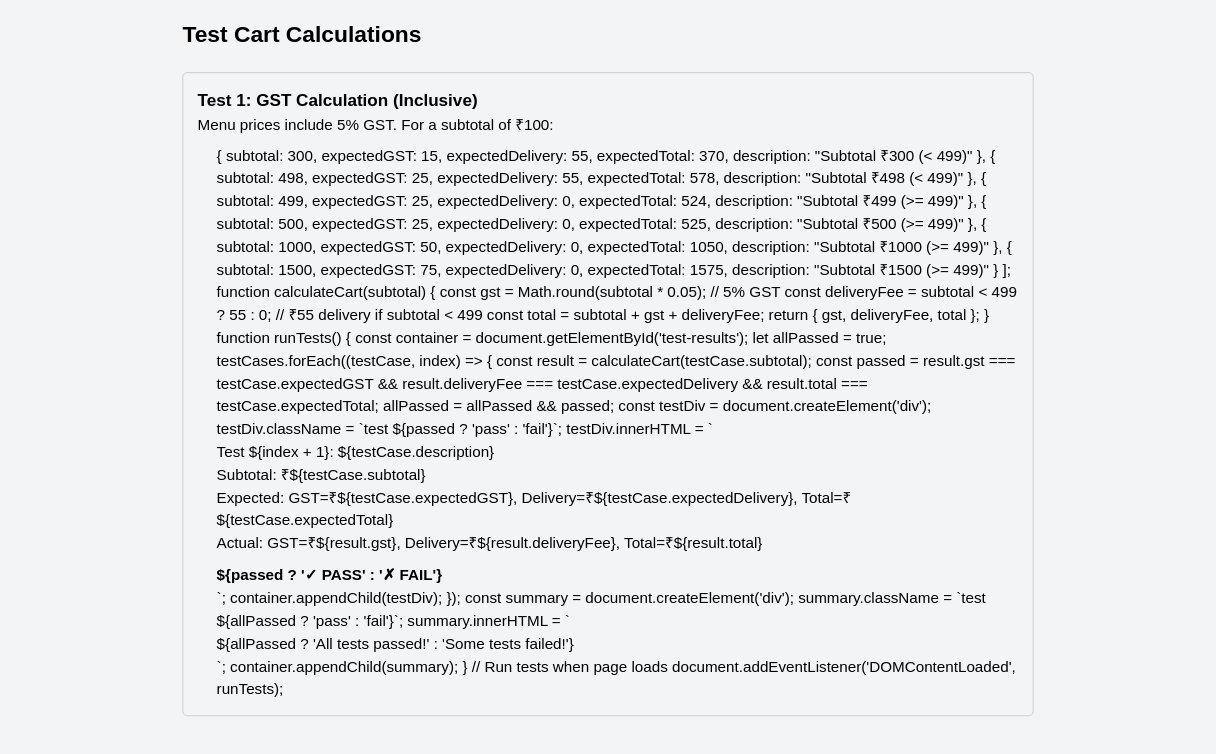
Repository: roydigital/DCB-Finaly-30-Novemeber
Page: test_cart_calculations.html
The author's editor kept a copy of each file at every save. The page is drawn from the files as they stood at one save, then again after a run of saves.
The browser window is 1280 px wide. The pictures show the whole page, at 95% of full size.
Some web libraries are served in a nearby version.

Above is the page before, as saved 2025-12-03 15:11:29.

### test_cart_calculations.html
<!DOCTYPE html>
<html lang="en">
<head>
    <meta charset="UTF-8">
    <meta name="viewport" content="width=device-width, initial-scale=1.0">
    <title>Test Cart Calculations</title>
    <script src="https://cdn.tailwindcss.com"></script>
    <style>
        body { font-family: sans-serif; padding: 20px; }
        .test-case { margin: 20px 0; padding: 15px; border: 1px solid #ccc; border-radius: 5px; }
        .pass { background-color: #d4edda; color: #155724; }
        .fail { background-color: #f8d7da; color: #721c24; }
        .result { font-weight: bold; margin-top: 10px; }
    </style>
</head>
<body class="bg-gray-100">
    <div class="max-w-4xl mx-auto">
        <h1 class="text-2xl font-bold mb-6">Test Cart Calculations</h1>

        <div class="test-case">
            <h2 class="text-lg font-semibold">Test 1: GST Calculation (Inclusive)</h2>
            <p>Menu prices include 5% GST. For a subtotal of ₹100:</p>
            <ul class="list-disc pl-5 mt-2">
            { subtotal: 300, expectedGST: 15, expectedDelivery: 55, expectedTotal: 370, description: "Subtotal ₹300 (< 499)" },
            { subtotal: 498, expectedGST: 25, expectedDelivery: 55, expectedTotal: 578, description: "Subtotal ₹498 (< 499)" },
            { subtotal: 499, expectedGST: 25, expectedDelivery: 0, expectedTotal: 524, description: "Subtotal ₹499 (>= 499)" },
            { subtotal: 500, expectedGST: 25, expectedDelivery: 0, expectedTotal: 525, description: "Subtotal ₹500 (>= 499)" },
            { subtotal: 1000, expectedGST: 50, expectedDelivery: 0, expectedTotal: 1050, description: "Subtotal ₹1000 (>= 499)" },
            { subtotal: 1500, expectedGST: 75, expectedDelivery: 0, expectedTotal: 1575, description: "Subtotal ₹1500 (>= 499)" }
        ];

        function calculateCart(subtotal) {
            const gst = Math.round(subtotal * 0.05); // 5% GST
            const deliveryFee = subtotal < 499 ? 55 : 0; // ₹55 delivery if subtotal < 499
            const total = subtotal + gst + deliveryFee;
            return { gst, deliveryFee, total };
        }

        function runTests() {
            const container = document.getElementById('test-results');
            let allPassed = true;

            testCases.forEach((testCase, index) => {
                const result = calculateCart(testCase.subtotal);
                const passed =
                    result.gst === testCase.expectedGST &&
                    result.deliveryFee === testCase.expectedDelivery &&
                    result.total === testCase.expectedTotal;

                allPassed = allPassed && passed;

                const testDiv = document.createElement('div');
                testDiv.className = `test ${passed ? 'pass' : 'fail'}`;
                testDiv.innerHTML = `
                    <h3>Test ${index + 1}: ${testCase.description}</h3>
                    <p>Subtotal: ₹${testCase.subtotal}</p>
                    <p>Expected: GST=₹${testCase.expectedGST}, Delivery=₹${testCase.expectedDelivery}, Total=₹${testCase.expectedTotal}</p>
                    <p>Actual: GST=₹${result.gst}, Delivery=₹${result.deliveryFee}, Total=₹${result.total}</p>
                    <div class="result">${passed ? '✓ PASS' : '✗ FAIL'}</div>
                `;

                container.appendChild(testDiv);
            });

            const summary = document.createElement('div');
            summary.className = `test ${allPassed ? 'pass' : 'fail'}`;
            summary.innerHTML = `<h2>${allPassed ? 'All tests passed!' : 'Some tests failed!'}</h2>`;
            container.appendChild(summary);
        }

        // Run tests when page loads
        document.addEventListener('DOMContentLoaded', runTests);
    </script>
</body>
</html>

After the next 4 saves:
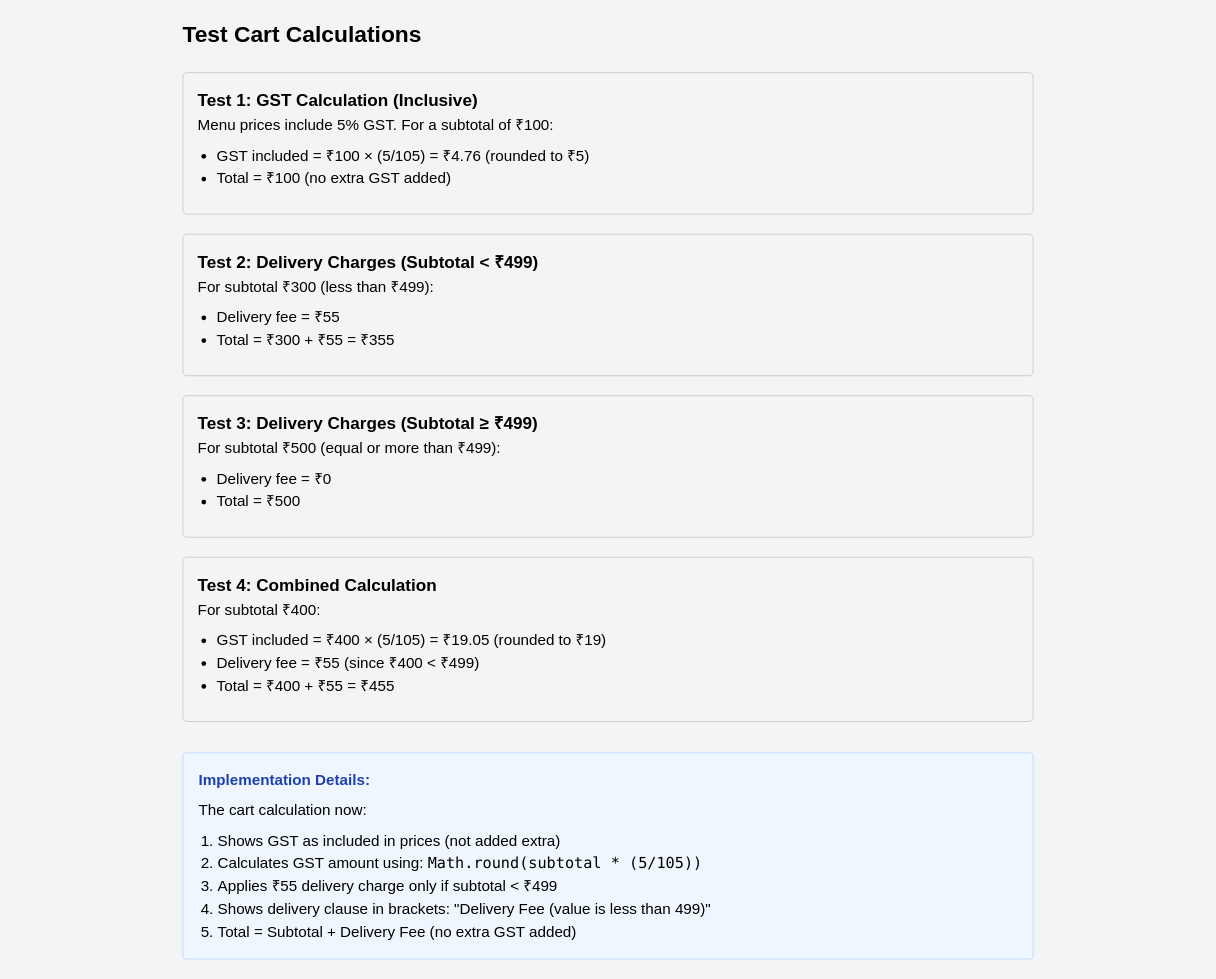
The 4 saves are shown as one change because they came seconds apart.
The last was saved 31 s later.
--- a/test_cart_calculations.html
+++ b/test_cart_calculations.html
@@ -21,55 +21,80 @@
             <h2 class="text-lg font-semibold">Test 1: GST Calculation (Inclusive)</h2>
             <p>Menu prices include 5% GST. For a subtotal of ₹100:</p>
             <ul class="list-disc pl-5 mt-2">
-            { subtotal: 300, expectedGST: 15, expectedDelivery: 55, expectedTotal: 370, description: "Subtotal ₹300 (< 499)" },
-            { subtotal: 498, expectedGST: 25, expectedDelivery: 55, expectedTotal: 578, description: "Subtotal ₹498 (< 499)" },
-            { subtotal: 499, expectedGST: 25, expectedDelivery: 0, expectedTotal: 524, description: "Subtotal ₹499 (>= 499)" },
-            { subtotal: 500, expectedGST: 25, expectedDelivery: 0, expectedTotal: 525, description: "Subtotal ₹500 (>= 499)" },
-            { subtotal: 1000, expectedGST: 50, expectedDelivery: 0, expectedTotal: 1050, description: "Subtotal ₹1000 (>= 499)" },
-            { subtotal: 1500, expectedGST: 75, expectedDelivery: 0, expectedTotal: 1575, description: "Subtotal ₹1500 (>= 499)" }
-        ];
+                <li>GST included = ₹100 × (5/105) = ₹4.76 (rounded to ₹5)</li>
+                <li>Total = ₹100 (no extra GST added)</li>
+            </ul>
+            <div id="test1-result" class="result"></div>
+        </div>
 
-        function calculateCart(subtotal) {
-            const gst = Math.round(subtotal * 0.05); // 5% GST
-            const deliveryFee = subtotal < 499 ? 55 : 0; // ₹55 delivery if subtotal < 499
-            const total = subtotal + gst + deliveryFee;
-            return { gst, deliveryFee, total };
+        <div class="test-case">
+            <h2 class="text-lg font-semibold">Test 2: Delivery Charges (Subtotal < ₹499)</h2>
+            <p>For subtotal ₹300 (less than ₹499):</p>
+            <ul class="list-disc pl-5 mt-2">
+                <li>Delivery fee = ₹55</li>
+                <li>Total = ₹300 + ₹55 = ₹355</li>
+            </ul>
+            <div id="test2-result" class="result"></div>
+        </div>
+
+        <div class="test-case">
+            <h2 class="text-lg font-semibold">Test 3: Delivery Charges (Subtotal ≥ ₹499)</h2>
+            <p>For subtotal ₹500 (equal or more than ₹499):</p>
+            <ul class="list-disc pl-5 mt-2">
+                <li>Delivery fee = ₹0</li>
+                <li>Total = ₹500</li>
+            </ul>
+            <div id="test3-result" class="result"></div>
+        </div>
+
+        <div class="test-case">
+            <h2 class="text-lg font-semibold">Test 4: Combined Calculation</h2>
+            <p>For subtotal ₹400:</p>
+            <ul class="list-disc pl-5 mt-2">
+                <li>GST included = ₹400 × (5/105) = ₹19.05 (rounded to ₹19)</li>
+                <li>Delivery fee = ₹55 (since ₹400 < ₹499)</li>
+                <li>Total = ₹400 + ₹55 = ₹455</li>
+            </ul>
+            <div id="test4-result" class="result"></div>
+        </div>
+
+        <div class="mt-8 p-4 bg-blue-50 border border-blue-200 rounded">
+            <h3 class="font-bold text-blue-800">Implementation Details:</h3>
+            <p class="mt-2">The cart calculation now:</p>
+            <ol class="list-decimal pl-5 mt-2">
+                <li>Shows GST as included in prices (not added extra)</li>
+                <li>Calculates GST amount using: <code>Math.round(subtotal * (5/105))</code></li>
+                <li>Applies ₹55 delivery charge only if subtotal < ₹499</li>
+                <li>Shows delivery clause in brackets: "Delivery Fee (value is less than 499)"</li>
+                <li>Total = Subtotal + Delivery Fee (no extra GST added)</li>
+            </ol>
+        </div>
+    </div>
+
+    <script>
+        // Test functions
+        function calculateGSTIncluded(subtotal) {
+            // GST = subtotal * (5/105) ≈ subtotal * 0.047619
+            return Math.round(subtotal * (5/105));
         }
 
-        function runTests() {
-            const container = document.getElementById('test-results');
-            let allPassed = true;
-
-            testCases.forEach((testCase, index) => {
-                const result = calculateCart(testCase.subtotal);
-                const passed =
-                    result.gst === testCase.expectedGST &&
-                    result.deliveryFee === testCase.expectedDelivery &&
-                    result.total === testCase.expectedTotal;
-
-                allPassed = allPassed && passed;
-
-                const testDiv = document.createElement('div');
-                testDiv.className = `test ${passed ? 'pass' : 'fail'}`;
-                testDiv.innerHTML = `
-                    <h3>Test ${index + 1}: ${testCase.description}</h3>
-                    <p>Subtotal: ₹${testCase.subtotal}</p>
-                    <p>Expected: GST=₹${testCase.expectedGST}, Delivery=₹${testCase.expectedDelivery}, Total=₹${testCase.expectedTotal}</p>
-                    <p>Actual: GST=₹${result.gst}, Delivery=₹${result.deliveryFee}, Total=₹${result.total}</p>
-                    <div class="result">${passed ? '✓ PASS' : '✗ FAIL'}</div>
-                `;
-
-                container.appendChild(testDiv);
-            });
-
-            const summary = document.createElement('div');
-            summary.className = `test ${allPassed ? 'pass' : 'fail'}`;
-            summary.innerHTML = `<h2>${allPassed ? 'All tests passed!' : 'Some tests failed!'}</h2>`;
-            container.appendChild(summary);
+        function calculateDeliveryFee(subtotal) {
+            return subtotal < 499 ? 55 : 0;
         }
 
-        // Run tests when page loads
-        document.addEventListener('DOMContentLoaded', runTests);
-    </script>
-</body>
-</html>
+        function calculateTotal(subtotal) {
+            return subtotal + calculateDeliveryFee(subtotal);
+        }
+
+        // Run tests
+        function runTests() {
+            // Test 1
+            const test1Subtotal = 100;
+            const test1GST = calculateGSTIncluded(test1Subtotal);
+            const test1Total = calculateTotal(test1Subtotal);
+            const test1ExpectedGST = 5; // 100 * 5/105 = 4.76 ≈ 5
+            const test1ExpectedTotal = 100; // No delivery (100 < 499? Actually 100 < 499, so delivery should be 55)
+            const test1Pass = test1GST === test1ExpectedGST && test1Total === (test1Subtotal + 55); // 100 + 55 = 155
+
+            document.getElementById('test1-result').innerHTML =
+                `Subtotal: ₹${test1Subtotal}, GST included: ₹${test1GST}, Delivery: ₹55, Total: ₹${test1Total} ` +
